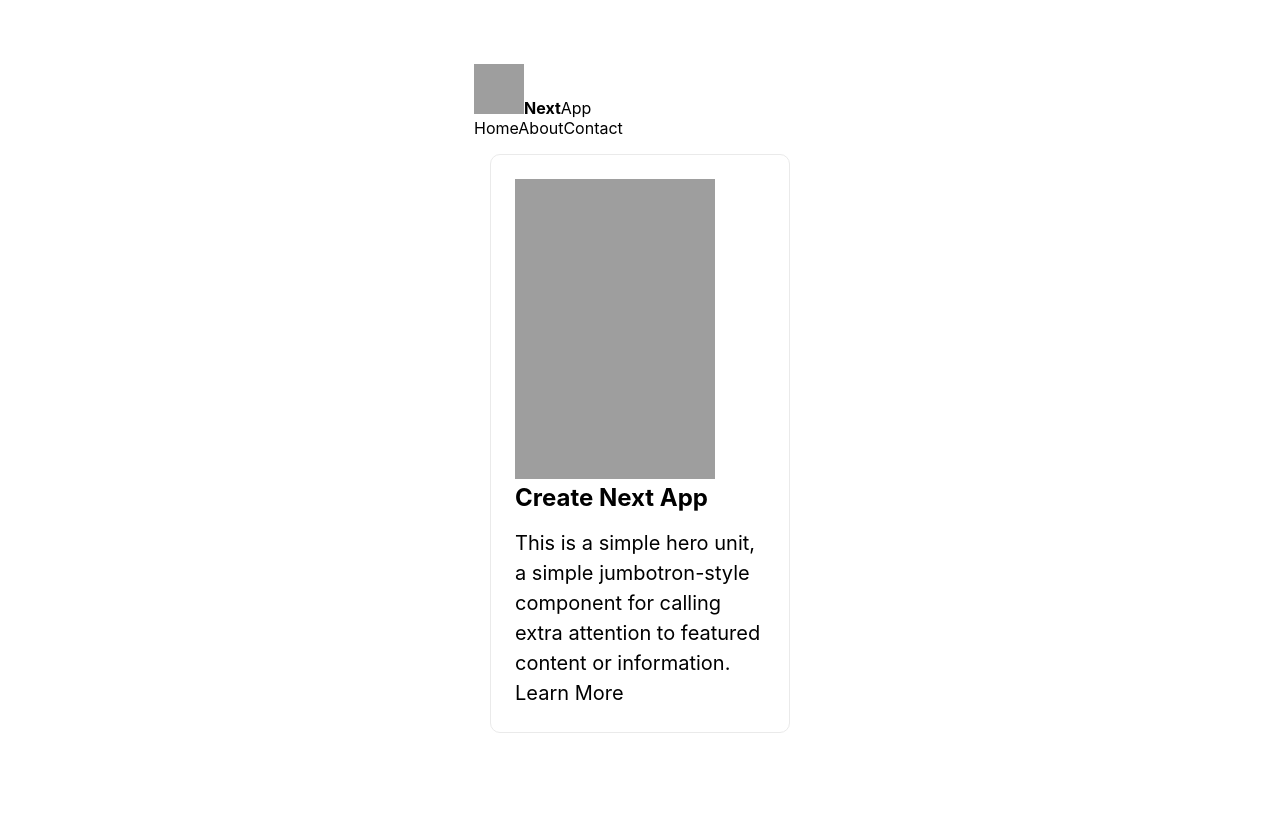
Repository: icode247/nextauth-app
Page: /
The author's editor kept a copy of each file at every save. The page is drawn from the files as they stood at one save, then again after the next save.
The browser window is 1280 px wide. The pictures show the whole page.
Pictures or frames that could not be fetched are drawn as grey boxes. The project was rebuilt for these pictures with package versions that can differ from the ones it lists, and the page was loaded fresh each time. The framework's server and built-in components were replaced by stand-ins that run in the browser. Also part of the build but not shown: next.config.js.

Above is the page before, as saved 2022-08-15 00:15:46.

### pages/index.tsx
import type { NextPage } from 'next'
import Head from 'next/head'
import Image from 'next/image'
import styles from '../styles/Home.module.css'

const Home: NextPage = () => {
  return (
    <div className={styles.container}>
      <Head>
        <title>Create Next App</title>
        <meta name="description" content="Generated by create next app" />
        <link rel="icon" href="/favicon.ico" />
      </Head>

      <main className={styles.main}>
        <div>
          {/* Create navbar */}
          <nav className={styles.navbar}>
            <div className={styles.navbarBrand}>
              <Image src="/logo.png" alt="logo" width={50} height={50} />
              <span className={styles.navbarBrandTitle}>
                <strong>Next</strong>
                <span>App</span>
              </span>
            </div>
            <div className={styles.navbarLinks}>
              <a href="#">Home</a>
              <a href="#">About</a>
              <a href="#">Contact</a>
            </div>
          </nav>
          {/* create book card */}
          <div className={styles.card}>
            <div className={styles.cardImage}>
              <Image src="/images/book.jpg" alt="book" width={200} height={300} />
            </div>
            <div className={styles.cardContent}>
              <h2>Create Next App</h2>
              <p>
                This is a simple hero unit, a simple jumbotron-style component for calling
                extra attention to featured content or information.
              </p>
              <p>
                <a className={styles.btn} href="https://nextjs.org/docs" target="_blank">
                  Learn More
                </a>
              </p>
            </div>
          </div>
        </div>
      </main>
    </div>
  )
}

export default Home

### styles/Home.module.css
.container {
  padding: 0 2rem;
}

.main {
  min-height: 100vh;
  padding: 4rem 0;
  flex: 1;
  display: flex;
  flex-direction: column;
  justify-content: center;
  align-items: center;
}

.footer {
  display: flex;
  flex: 1;
  padding: 2rem 0;
  border-top: 1px solid #eaeaea;
  justify-content: center;
  align-items: center;
}

.footer a {
  display: flex;
  justify-content: center;
  align-items: center;
  flex-grow: 1;
}

.title a {
  color: #0070f3;
  text-decoration: none;
}

.title a:hover,
.title a:focus,
.title a:active {
  text-decoration: underline;
}

.title {
  margin: 0;
  line-height: 1.15;
  font-size: 4rem;
}

.title,
.description {
  text-align: center;
}

.description {
  margin: 4rem 0;
  line-height: 1.5;
  font-size: 1.5rem;
}

.code {
  background: #fafafa;
  border-radius: 5px;
  padding: 0.75rem;
  font-size: 1.1rem;
  font-family: Menlo, Monaco, Lucida Console, Liberation Mono, DejaVu Sans Mono,
    Bitstream Vera Sans Mono, Courier New, monospace;
}

.grid {
  display: flex;
  align-items: center;
  justify-content: center;
  flex-wrap: wrap;
  max-width: 800px;
}

.card {
  margin: 1rem;
  padding: 1.5rem;
  text-align: left;
  color: inherit;
  text-decoration: none;
  border: 1px solid #eaeaea;
  border-radius: 10px;
  transition: color 0.15s ease, border-color 0.15s ease;
  max-width: 300px;
}

.card:hover,
.card:focus,
.card:active {
  color: #0070f3;
  border-color: #0070f3;
}

.card h2 {
  margin: 0 0 1rem 0;
  font-size: 1.5rem;
}

.card p {
  margin: 0;
  font-size: 1.25rem;
  line-height: 1.5;
}

.logo {
  height: 1em;
  margin-left: 0.5rem;
}

.navbar{

}
@media (max-width: 600px) {
  .grid {
    width: 100%;
    flex-direction: column;
  }
}

@media (prefers-color-scheme: dark) {
  .card,
  .footer {
    border-color: #222;
  }
  .code {
    background: #111;
  }
  .logo img {
    filter: invert(1);
  }
}

Loaded but not shown: pages/_app.tsx (common file); styles/globals.css (common file)

After the next save:
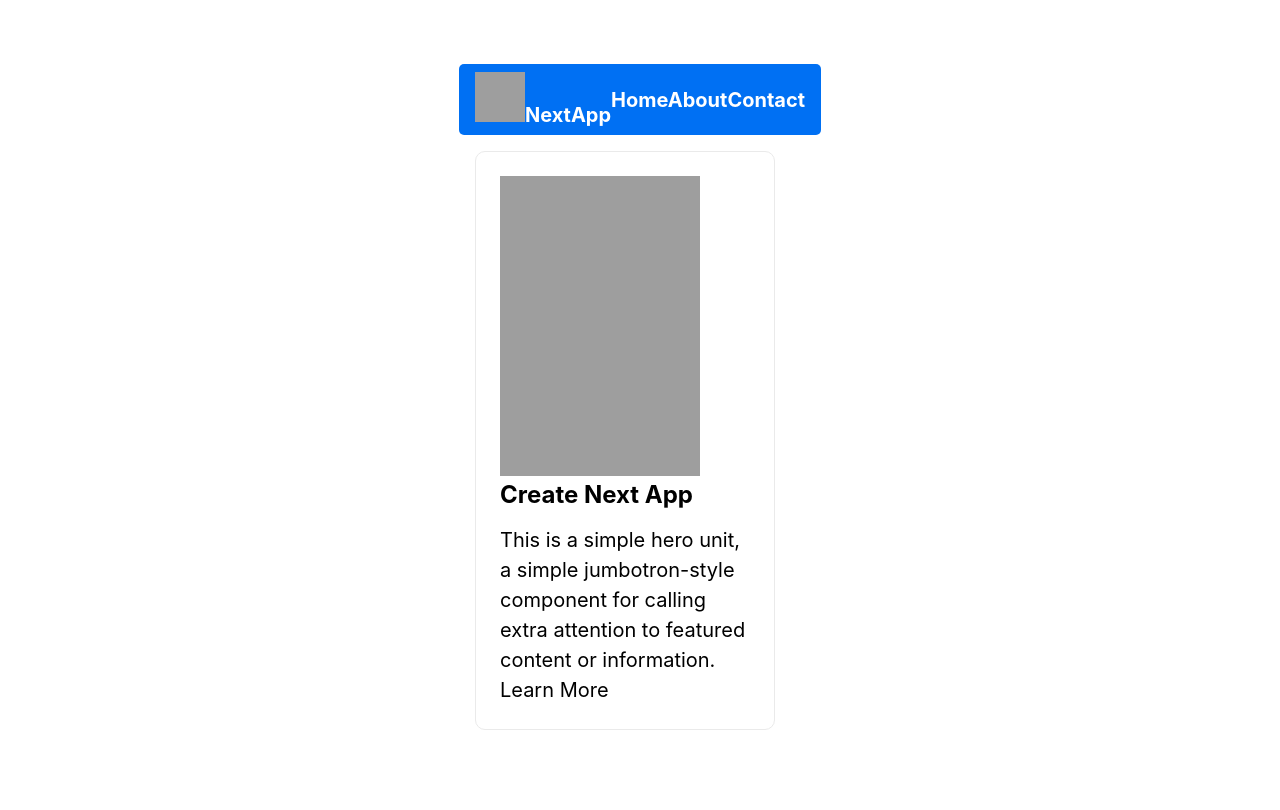
Saved 4 s later.
--- a/styles/Home.module.css
+++ b/styles/Home.module.css
@@ -109,7 +109,15 @@
 }
 
 .navbar{
-
+  display: flex;
+  justify-content: space-between;
+  align-items: center;
+  padding: 0.5rem 1rem;
+  background: #0070f3;
+  color: #fff;
+  font-size: 1.25rem;
+  font-weight: bold;
+  border-radius: 5px;
 }
 @media (max-width: 600px) {
   .grid {
